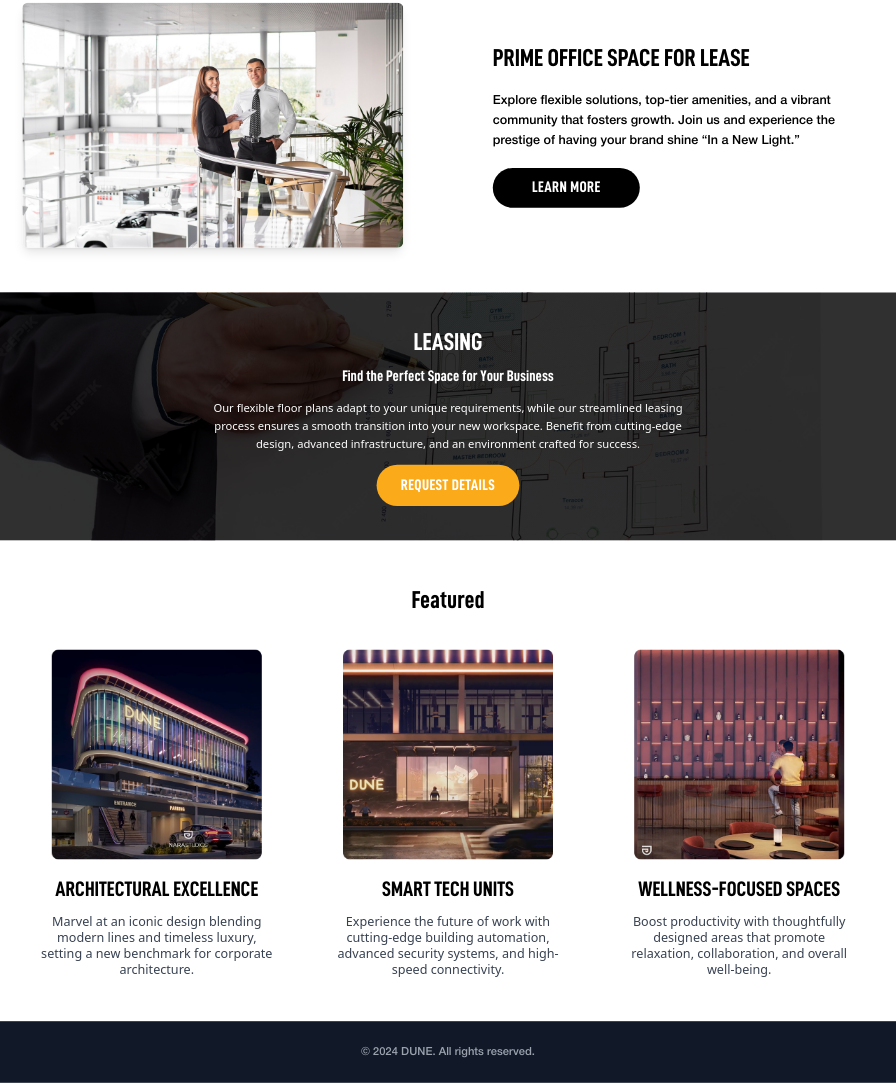
Repository: ahmedassr5765/dune
Page: index.html
The author's editor kept a copy of each file at every save. The page is drawn from the files as they stood at one save, then again after the next save.
The browser window is 1280 px wide. The pictures show the part of the page from y = 1687 to 3607 px (the page is 3234 px tall before and 3607 px after), at 70% of full size.
Some web libraries are served in a nearby version.

Above is the page before, as saved 2025-07-12 18:59:52.

After the next save:
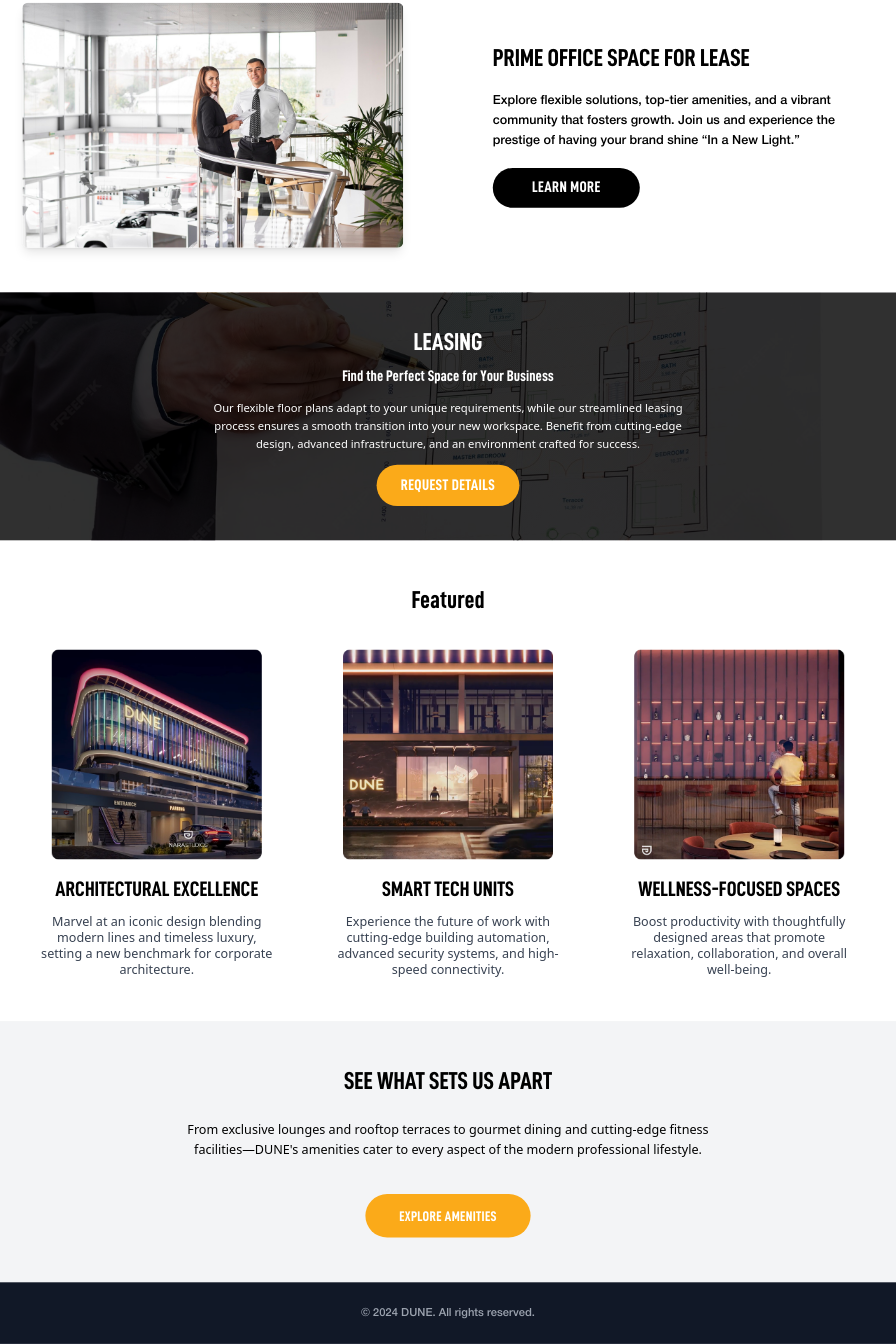
Saved 73 s later.
--- a/index.html
+++ b/index.html
@@ -363,6 +363,39 @@
         </div>
     </section>
 
+    <!-- See What Sets Us Apart Section -->
+    <section class="max-w-[1440px] mx-auto bg-gray-100 py-16">
+        <div class="max-w-7xl mx-auto px-4 sm:px-6 lg:px-8">
+
+            <!-- Content Container -->
+            <div class="text-center">
+
+                <!-- Main Heading -->
+                <h2 class="text-black font-bold font-ddin text-[35px] mb-8 leading-tight apart-main-title"
+                    data-en="SEE WHAT SETS US APART"
+                    data-ar="اكتشف ما يميزنا">
+                    SEE WHAT SETS US APART
+                </h2>
+
+                <!-- Description -->
+                <p class="text-black text-[18px] leading-relaxed font-sans max-w-[800px] mx-auto mb-12 apart-description"
+                   data-en="From exclusive lounges and rooftop terraces to gourmet dining and cutting-edge fitness facilities—DUNE's amenities cater to every aspect of the modern professional lifestyle."
+                   data-ar="من الصالات الحصرية والمدرجات على الأسطح إلى تناول الطعام الفاخر ومرافق اللياقة البدنية المتطورة - تلبي وسائل الراحة في ديون كل جانب من جوانب نمط الحياة المهنية الحديثة.">
+                    From exclusive lounges and rooftop terraces to gourmet dining and cutting-edge fitness facilities—DUNE's amenities cater to every aspect of the modern professional lifestyle.
+                </p>
+
+                <!-- CTA Button -->
+                <button class="bg-[#FBAA19] hover:bg-[#e09915] text-white py-[16px] px-[48px] rounded-full text-[20px] font-bold transition-colors duration-300 uppercase tracking-wide apart-cta font-ddin"
+                        data-en="EXPLORE AMENITIES"
+                        data-ar="استكشف المرافق">
+                    EXPLORE AMENITIES
+                </button>
+
+            </div>
+
+        </div>
+    </section>
+
     <!-- Footer -->
     <footer class="bg-gray-900 text-white">
         <div class="max-w-7xl mx-auto px-4 sm:px-6 lg:px-8 py-8">
